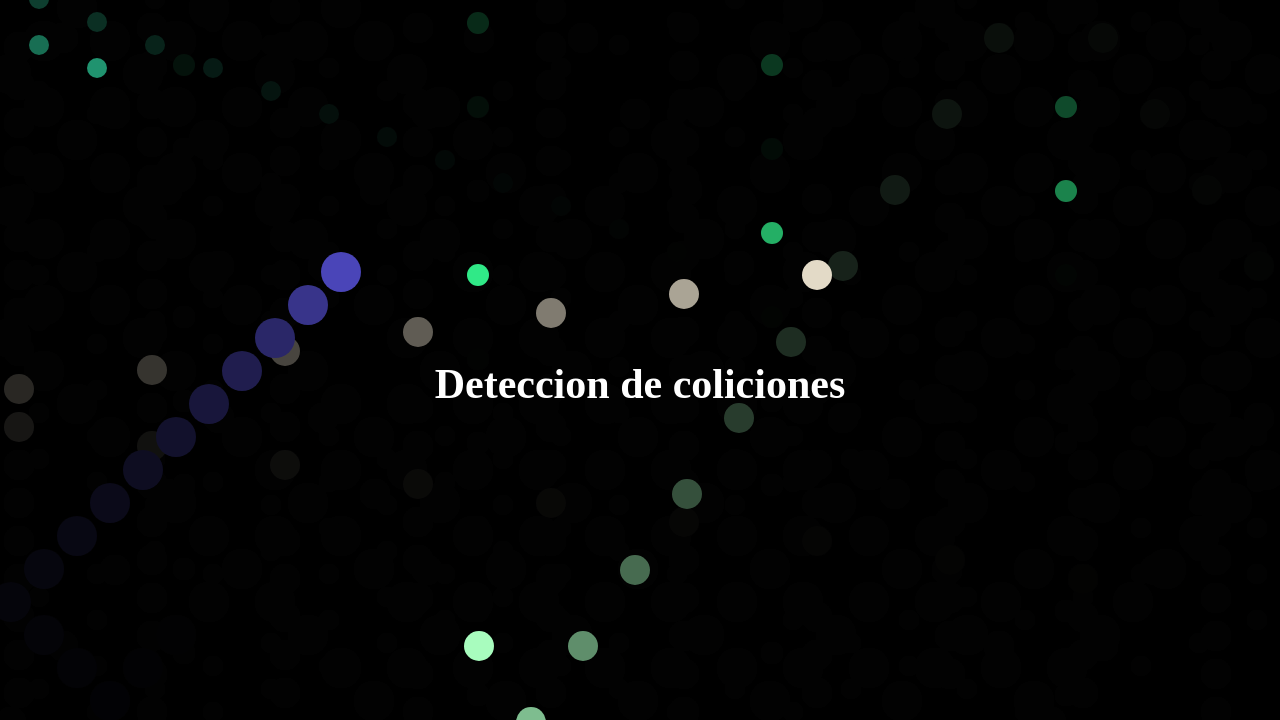
Repository: mvbri/Bouncing-Balls-Animation
Page: index.html
An editor plug-in stored every save of this project. The page is shown before and after the next save, followed by the edit.
The browser window is 1280 px wide. The pictures show the whole page.

Above is the page before, as saved 2023-01-16 20:46:10.

After the next save:
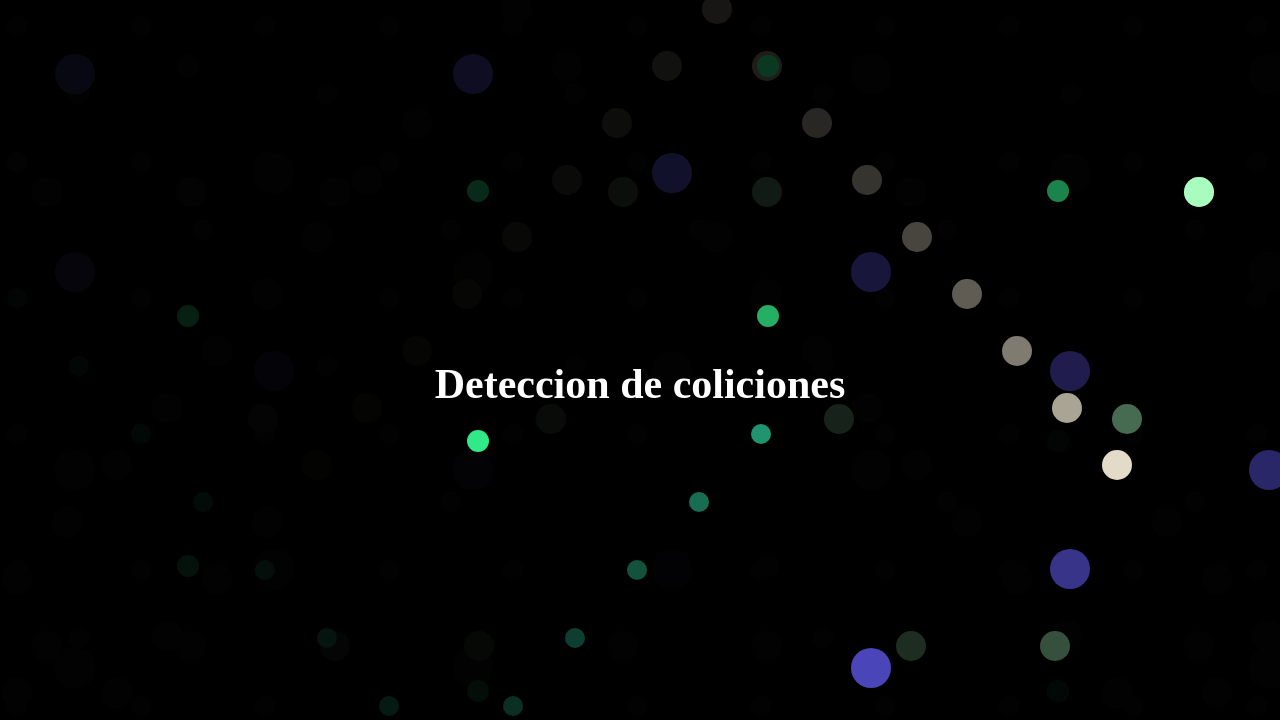
Saved 8 s later.
--- a/bouncingBalls.js
+++ b/bouncingBalls.js
@@ -58,8 +58,8 @@ const getDisign = (resizeD) => {
 		const ball = new Ball(
 			random(0 + radio, width - radio),
 			random(0 + radio, height - radio),
-			random(-100, 100),
-			random(-300, 100),
+			random(-300, 300),
+			random(-300, 300),
 			randomRGB(),
 			radio
 		);
